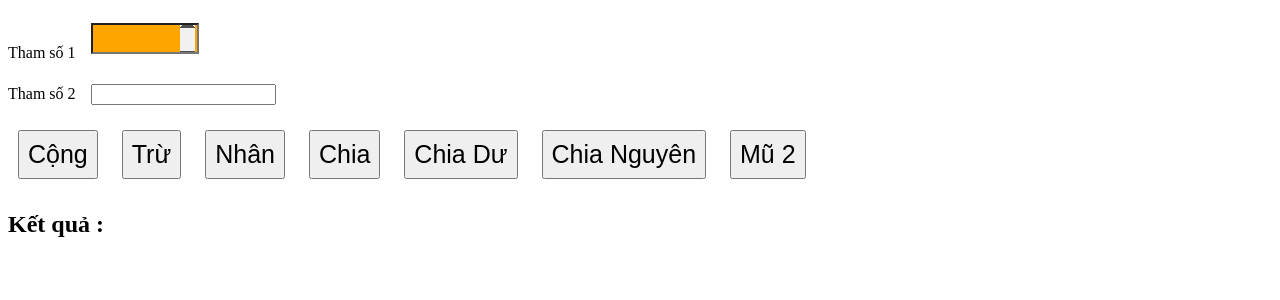
Repository: Toni3498/JsCourse
Page: number/calc.html
An editor plug-in stored every save of this project. The page is shown before and after a run of saves, followed by the edit.
The browser window is 1280 px wide. The pictures show the whole page.
The pointer rests on the first visible `.input input`.

Above is the page before, as saved 2021-08-17 20:22:54.

### number/calc.html
<!DOCTYPE html>
<html lang="en">
  <head>
    <meta charset="UTF-8" />
    <meta http-equiv="X-UA-Compatible" content="IE=edge" />
    <meta name="viewport" content="width=device-width, initial-scale=1.0" />
    <title>JS-Exercises</title>
    <link href="style.css" rel="stylesheet" />
  </head>

  <body>
    <div class="input">
      <label for="ts1">Tham số 1</label><input type="number" id="ts1" /><br />
      <label for="ts2">Tham số 2</label><input type="number" id="ts2" />
    </div>
    <div class="optionCalc">
      <button id="sum">Cộng</button>
      <button id="sub">Trừ</button>
      <button id="mul">Nhân</button>
      <button id="div">Chia</button>

      <button id="chiaDu">Chia Dư</button>
      <button id="chiaNguyen">Chia Nguyên</button>
      <button id="pow">Mũ 2</button>
    </div>
    <div class="result">
      <h2 style="display: inline-block">Kết quả :</h2>
      <h1 style="display: inline-block" id="kq"></h1>
    </div>

    <script>
      var x = document.getElementById('ts1');
      var y = document.getElementById('ts2');

      //1. Hàm cộng 2 tham số
      function sumNumber() {
        document.getElementById('kq').innerHTML = parseInt(x.value) + parseInt(y.value);
      }
      //Hàm trừ 2 tham số
      function subNumber() {
        document.getElementById('kq').innerHTML = parseInt(x.value) - parseInt(y.value);
      }
      //Hàm nhân 2 tham số
      function multiNumber() {
        document.getElementById('kq').innerHTML = parseInt(x.value) * parseInt(y.value);
      }
      // Hàm chia 2 tham số
      function divNumber() {
        document.getElementById('kq').innerHTML = parseFloat(x.value) / parseFloat(y.value);
      }
      //hàm chia dư 2 tham số
      function chiaDu() {
        document.getElementById('kq').innerHTML = parseInt(x.value) % parseInt(y.value);
      }
      // Hàm chia nguyên 2 tham số (a - a % b) / b;
      function chiaNguyen() {
        document.getElementById('kq').innerHTML =
          (parseInt(x.value) - (parseInt(x.value) % parseInt(y.value))) / parseInt(y.value);
      }
      // Hàm mũ 2 tham số
      function powNumber() {
        document.getElementById('kq').innerHTML = parseInt(x.value) ** parseInt(y.value);
      }

      // EventListener
      document.getElementById('sum').addEventListener('click', sumNumber);
      document.getElementById('sub').addEventListener('click', subNumber);
      document.getElementById('mul').addEventListener('click', multiNumber);
      document.getElementById('div').addEventListener('click', divNumber);
      document.getElementById('chiaDu').addEventListener('click', chiaDu);
      document.getElementById('chiaNguyen').addEventListener('click', chiaNguyen);
      document.getElementById('pow').addEventListener('click', powNumber);
    </script>
  </body>
</html>

### number/style.css
.input input {
  margin: 15px;
}
.optionCalc button {
  margin: 10px;
  padding: 8px;
  font-size: 25px;
}
.input input:hover {
  background-color: orange;
  width: 100px;
  height: 25px;
  font-size: 55px;
}
.optionCalc button:hover {
  background-color: greenyellow;
}

After the next 2 saves:
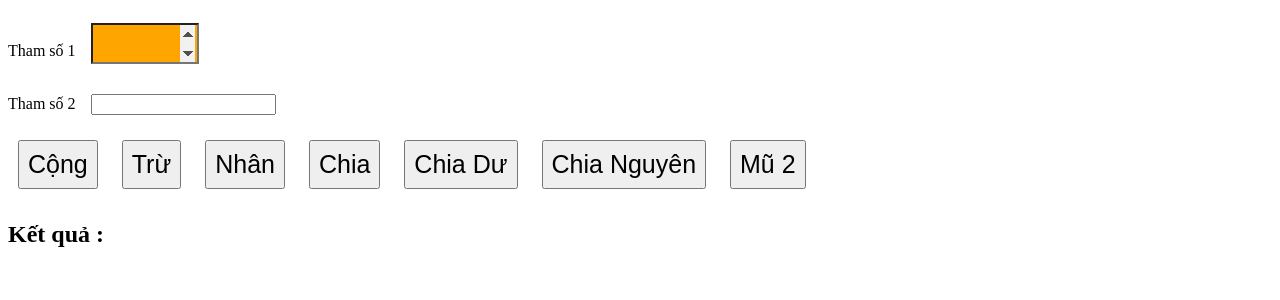
The 2 saves are shown as one change because they came seconds apart.
The last was saved 19 s later.
--- a/number/style.css
+++ b/number/style.css
@@ -9,8 +9,8 @@
 .input input:hover {
   background-color: orange;
   width: 100px;
-  height: 25px;
-  font-size: 55px;
+  height: 35px;
+  font-size: 35px;
 }
 .optionCalc button:hover {
   background-color: greenyellow;
